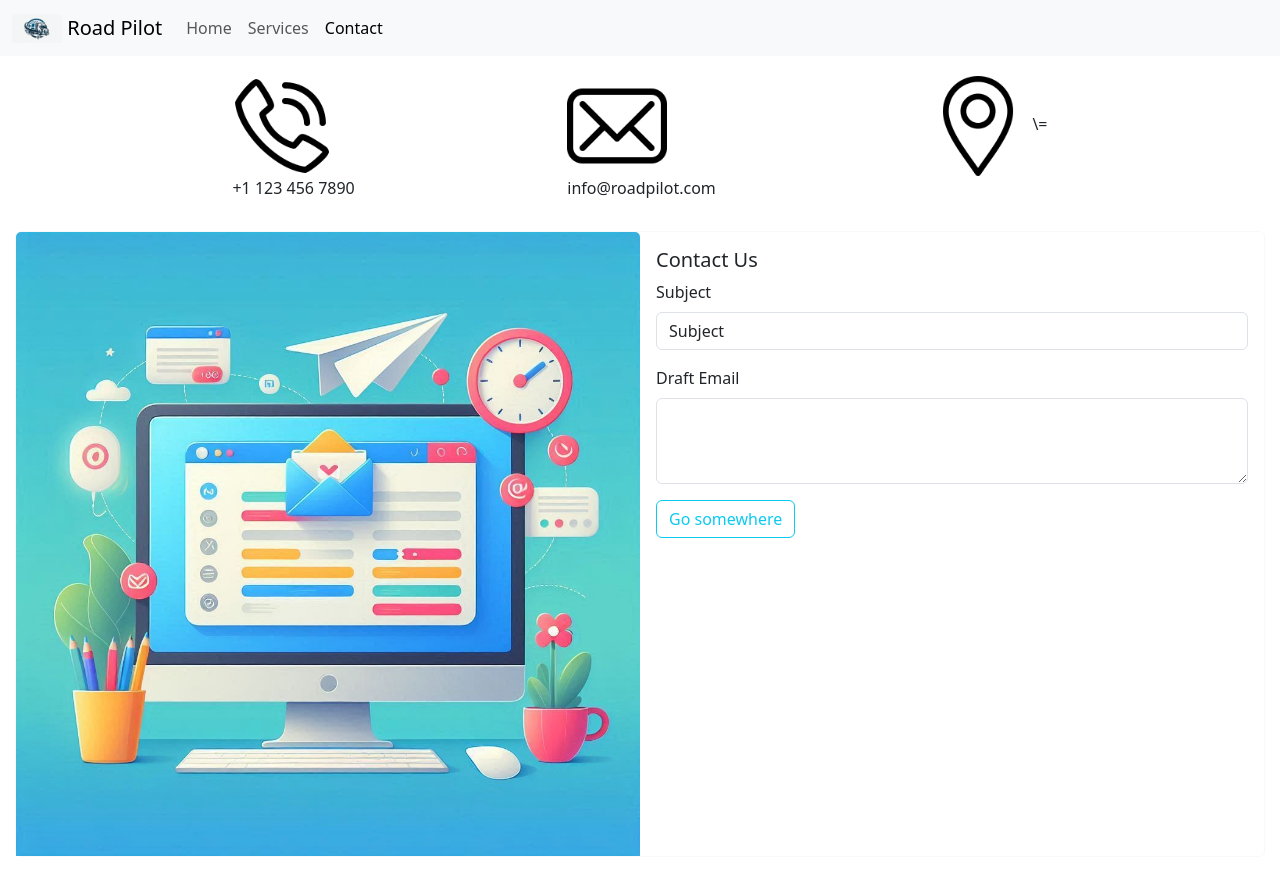
Repository: VictoriousMango/WebCreator
Page: pages/contact.html
An editor plug-in stored every save of this project. The page is shown before and after a run of saves, followed by the edit.
The browser window is 1280 px wide. The pictures show the whole page.

Above is the page before, as saved 2024-11-09 13:17:17.

After the next 4 saves:
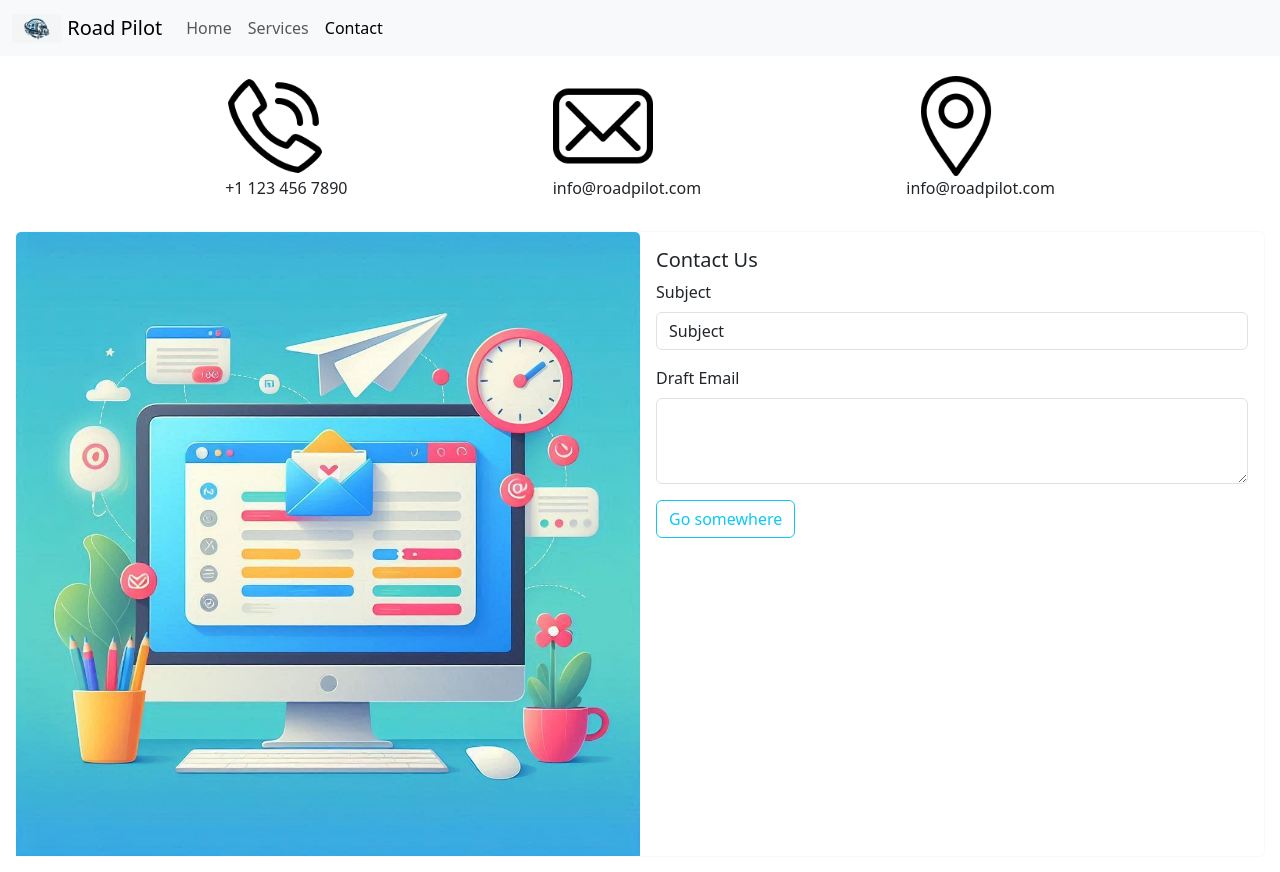
The 4 saves are shown as one change because they came seconds apart.
The last was saved 13 s later.
--- a/pages/contact.html
+++ b/pages/contact.html
@@ -54,8 +54,7 @@
              </div>
              <div class="contact__link">
                 <img class="contact__linksIMG" src="../assets/images/contact__location.png" alt="">
-                \=
-
+                <p class="contact__linksText">info@roadpilot.com</p>
              </div>
         </div>
         <!-- Dic for Sending Mails -->
